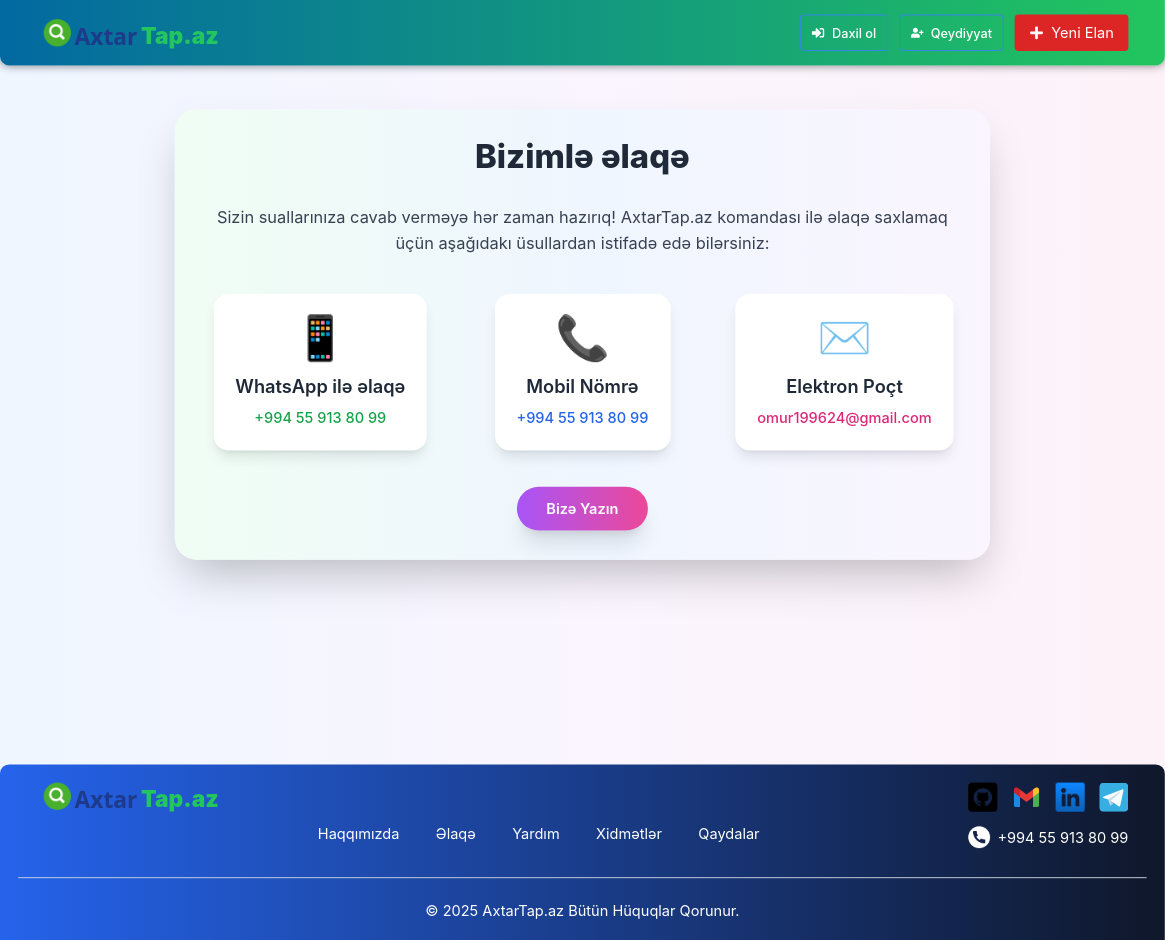
Repository: Omur56/AxtarTap.az
Page: /contact
The author's editor kept a copy of each file at every save. The page is drawn from the files as they stood at one save, then again after a run of saves.
The browser window is 1280 px wide. The pictures show the whole page, at 91% of full size.
The project was rebuilt for these pictures with package versions that can differ from the ones it lists, and the page was loaded fresh each time. Some packages were replaced by stand-ins written for this rebuild. Also part of the build but not shown: src/pages/Katalog/Cateqories/index.jsx, src/pages/Katalog/index.jsx, src/pages/About/index.jsx, src/pages/Qaydalar/index.jsx, src/pages/Yardım/index.jsx, src/pages/Xidmetler/index.jsx, src/pages/Home/index.jsx, src/components/CreatePostNeqliyyat/index.jsx and 32 more.

Above is the page before, as saved 2025-08-21 19:44:04.

### public/index.html
<!DOCTYPE html>
<html lang="en">
  <head>
    <meta charset="utf-8" />
    <link rel="icon" href="./assets/TitleLogoImg/titleLogoAxtar.png" />
    <meta name="viewport" content="width=device-width, initial-scale=1" />
    <meta name="theme-color" content="#449b5c" />
    <meta name="viewport" content="width=device-width, initial-scale=1, viewport-fit=cover">

    <meta
      name="description"
      content="Web site created using create-react-app"
    />
    <link rel="apple-touch-icon" href="./assets/TitleLogoImg/titleLogoAxtar.png" />
    <!--
      manifest.json provides metadata used when your web app is installed on a
      user's mobile device or desktop. See https://developers.google.com/web/fundamentals/web-app-manifest/
    -->
    <link rel="manifest" href="%PUBLIC_URL%/manifest.json" />
    <!--
      Notice the use of %PUBLIC_URL% in the tags above.
      It will be replaced with the URL of the `public` folder during the build.
      Only files inside the `public` folder can be referenced from the HTML.

      Unlike "/favicon.ico" or "favicon.ico", "%PUBLIC_URL%/favicon.ico" will
      work correctly both with client-side routing and a non-root public URL.
      Learn how to configure a non-root public URL by running `npm run build`.
    -->
    <title>AxtarTap.az</title>
  </head>
  <body>
    <noscript>You need to enable JavaScript to run this app.</noscript>
    <div id="root"></div>
    <!--
      This HTML file is a template.
      If you open it directly in the browser, you will see an empty page.

      You can add webfonts, meta tags, or analytics to this file.
      The build step will place the bundled scripts into the <body> tag.

      To begin the development, run `npm start` or `yarn start`.
      To create a production bundle, use `npm run build` or `yarn build`.
    -->
  </body>
</html>

### src/index.js
import React from 'react';
import ReactDOM from 'react-dom/client';
import App from './app/index';
import './index.css';





const root = ReactDOM.createRoot(document.getElementById('root'));
root.render(

  <React.StrictMode>

    <App />


  </React.StrictMode>

);

### src/app/index.js
import { RouterProvider } from "react-router";
import router from './routes';



function App() {
  return (

    <RouterProvider router={router} />




  );
}

export default App;

### src/index.css
@tailwind base;
@tailwind components;
@tailwind utilities;



*{
    font-family: -apple-system, BlinkMacSystemFont, "Helvetica Neue", "Segoe UI", sans-serif;
}

### src/app/routes.js
import { createBrowserRouter } from "react-router-dom";
import { BrowserRouter, Routes, Route } from "react-router-dom";
import About from "../pages/About";
import Contact from "../pages/Contact";
import Qaydalar from "../pages/Qaydalar";
import Yardim from "../pages/Yardım";
import Xidmetler from "../pages/Xidmetler";
import RootLayout from "../components/Main";
import Katalog from "../pages/Katalog";
import Home from "../pages/Home";
import Nəqliyyat from "../pages/Katalog/Neqliyyat";
import EvVəBag from "../pages/Katalog/Ev_veBag";
import Elektronika from "../pages/Katalog/Elektronika";
import Geyimlər from "../pages/Katalog/Geyimlər";
import Zinət_əşyaları from "../pages/Katalog/Zinət_əşyaları";
import Telefonlar from "../pages/Katalog/Telefonlar";
import Daşınmaz_əmlak from "../pages/Katalog/Daşınmaz_əmlak";
import Məişət_Texnikası from "../pages/Katalog/Məişət_Texnikası";
import Ehtiyyat_hissələri_ve_aksesuarlar from "../pages/Katalog/Ehtiyyat_hissələri_ve_aksesuarlar";
import PostDetail from "../pages/PostDetailHome";
import PostDetalCar from "../pages/PostDetalCar";
import CreateCatalogPost from "../pages/CreateCatalogPost";
import PostDetailElectronika from "../pages/PostDetailElectronika";
import PostDetailAcsesuar from "../pages/PostDetailAcsesuar";
import PostRealEstate from "../pages/PostRealEstate";
import PostDetailHousehold from "../pages/PostDetailHousehold";
import PostDetailPhone from "../pages/PostDetailPhone";
import PostDetailClothing from "../pages/PostDetailClothing";
import PostDetailJewelry from "../pages/PostDetailJewelry";
import PostDetailHome from "../pages/PostDetailHome";
import PrivateRoute from "../components/PrivateRoute";
import Search from "../pages/Search";
import Login from "../pages/Login";
import Reqister from "../pages/Reqister";
import Profile from "../pages/Profile";

import ResetPassword from "../pages/ResetPassword";

const router = createBrowserRouter([
  <RootLayout />,
  {
    path: "/",
    Component: RootLayout,
    children: [
      {
        index: true,
        Component: Home,
      },

      {
        path: "/",
        Component: Home,
      },
      {
        path: "/Katalog",
        Component: Katalog,

      },
      {
        path: "/CreateCatalogPost",
        Component: CreateCatalogPost,
      },
      {
        path: "/Katalog/Nəqliyyat",
        Component: Nəqliyyat,
      },
      {
        path: "/cars/:id",
        Component: PostDetalCar,

      },
      {
        path: "/Katalog/Ev_veBag",
        Component: EvVəBag,
      },

      {
        path: "/elan/:id",
        Component: PostDetail,
      },
      {
        path: "/PostDetalCar/:id",
        Component: PostDetalCar,
      },
       {
          path: "/PostDetailElectronika/:id",
          Component: PostDetailElectronika,
       },
       {
          path: "/PostDetailAcsesuar/:id",
          Component: PostDetailAcsesuar,
       },

       {path: "/PostRealEstate/:id",
       Component: PostRealEstate,

       },

       {
        path: "/PostDetailHousehold/:id",
        Component: PostDetailHousehold,
       },
       {
        path: "/PostDetailPhone/:id",
        Component: PostDetailPhone,

       },

       {
        path: "/PostDetailClothing/:id",
        Component: PostDetailClothing,
       },
       {
        path: "/PostDetailJewelry/:id",
        Component: PostDetailJewelry,
       },
       {
        path: "/PostDetailHome/:id",
        Component: PostDetailHome,
       },
      {
        path: "/Katalog/Elektronika",
        Component: Elektronika,

      },
      {
        path: "/Katalog/Geyimlər",
        Component: Geyimlər,
      },
      {
        path: "/Katalog/Zinət_əşyaları",
        Component: Zinət_əşyaları,
      },
      {
        path: "/Katalog/Telefonlar",
        Component: Telefonlar,
      },
      {
        path: "/Katalog/Daşınmaz_əmlak",
        Component: Daşınmaz_əmlak,
      },
      {
        path: "/Katalog/Məişət_Texnikası",
        Component: Məişət_Texnikası,
      },
      {
        path: "/Katalog/Ehtiyyat_hissələri_ve_aksesuarlar",
        Component: Ehtiyyat_hissələri_ve_aksesuarlar,
      },


      {
        path: "/about",
        Component: About,
      },
     {
      path: "/contact",
      Component: Contact,
     },
     {
      path: "/qaydalar",
      Component: Qaydalar,
     },

    {
      path: "/yardim",
      Component: Yardim,
    },
    {
      path: "/Xidmetler",
      Component: Xidmetler,
    },

    {
      path: "/login",
      Component: Login,
    },
    {
      path: "/reqister",
      Component: Reqister,
    },

    {
      path: "/search",
      Component: Search,
    },


{
   path: "/",
          Component: () => {
            <PrivateRoute>
              <Home />
            </PrivateRoute>
          }
},
{
   path: "/Profile",
          Component: () => {
            <PrivateRoute>
              <Profile />
            </PrivateRoute>
          }
},

{
  path: "/Profile",
  Component: Profile,
},




{
  path: "/reset-password/:token",
   Component: ResetPassword,
},



    ],
  },
]);

export default router;

### src/pages/Contact/index.jsx



const Contact = () => {
    return (
        <div className="min-h-screen ">
            <div className="max-w-4xl mx-auto p-8 mt-12 mb-12  items-center bg-gradient-to-r from-green-50 via-blue-50 to-purple-50 rounded-3xl shadow-2xl">
  <h2 className="text-4xl font-extrabold text-gray-800 mb-8 text-center">Bizimlə əlaqə</h2>

  <p className="text-gray-700 text-lg leading-relaxed text-center mb-10">
    Sizin suallarınıza cavab verməyə hər zaman hazırıq! AxtarTap.az komandası ilə əlaqə saxlamaq üçün aşağıdakı üsullardan istifadə edə bilərsiniz:
  </p>

  <div className="grid md:grid-cols-3 gap-8 text-center justify-items-center">

    <div className="bg-white rounded-2xl p-6 shadow-lg transform hover:-translate-y-2 hover:scale-105 transition-all duration-300">
      <div className="text-green-500 text-5xl mb-4 flex justify-center">📱</div>
      <h3 className="text-xl font-semibold text-gray-800 mb-2">WhatsApp ilə əlaqə</h3>
      <a
        href="https://wa.me/99455xxxxxxx"
        target="_blank"
        rel="noopener noreferrer"
        className="text-green-600 font-medium hover:underline"
      >
        +994 55 913 80 99
      </a>
    </div>


    <div className="bg-white rounded-2xl p-6 shadow-lg transform hover:-translate-y-2 hover:scale-105 transition-all duration-300">
      <div className="text-blue-500 text-5xl mb-4 flex justify-center">📞</div>
      <h3 className="text-xl font-semibold text-gray-800 mb-2">Mobil Nömrə</h3>
      <a href="tel:+994559138099" className="text-blue-600 font-medium hover:underline">
        +994 55 913 80 99
      </a>
    </div>


    <div className="bg-white rounded-2xl p-6 shadow-lg transform hover:-translate-y-2 hover:scale-105 transition-all duration-300">
      <div className="text-pink-500 text-5xl mb-4 flex justify-center">✉️</div>
      <h3 className="text-xl font-semibold text-gray-800 mb-2">Elektron Poçt</h3>
      <a href="mailto:omur199624@gmail.com" className="text-pink-600 font-medium hover:underline">
        omur199624@gmail.com
      </a>
    </div>
  </div>

  <div className="mt-10 flex justify-center">
    <span className="inline-block px-8 py-3 bg-gradient-to-r from-purple-500 to-pink-500 text-white font-semibold rounded-full shadow-xl hover:scale-105 transition-transform cursor-pointer">
      Bizə Yazın
    </span>
  </div>
</div>

        </div>
    );
};
export default Contact;

### src/components/Main/index.jsx
import {Outlet,  useNavigate } from "react-router";
import Footer from "../Footer";
import BottomMenu from "../MobileMenu";
import Header from "../Header";



const RootLayout = () => {
  const navigate = useNavigate();

  return (
   <div className=" bg-gradient-to-r from-blue-50 via-purple-50 to-pink-50">
       <Header />

      <Outlet />
       <Footer/>
      <BottomMenu />
   </div>
  );
};

export default RootLayout;

### src/components/Footer/index.jsx
import { Link } from "react-router-dom";
import TitleLogo from "../TitleLogo";

function Footer() {
  return (
    <footer className="px-5 sm:px-5 py-5  bg-gradient-to-r from-blue-600 to-slate-900 rounded-t-[10px]">
      <div className="mx-auto max-w-[1200px] flex flex-col md:flex-row justify-between gap-2">

        <div className="flex justify-start max-h-[20px] md:justify-start">
          <div className="w-20 h-20">
            <TitleLogo />
          </div>
        </div>


        <div className="grid grid-cols-1 mt-[40px] gap-6 items-center text-white justify-center">
          <div className="flex flex-col sm:flex-row sm:gap-6 lg:gap-10 items-center">
            <Link className="hover:text-[#43D262] hover:underline" to={"/about"}>
              Haqqımızda
            </Link>
            <Link className="hover:text-[#43D262] hover:underline" to={"/contact"}>
              Əlaqə
            </Link>



            <Link className="hover:text-[#43D262] hover:underline" to={"/yardim"}>
              Yardım
            </Link>
            <Link className="hover:text-[#43D262] hover:underline" to={"/Xidmetler"}>
              Xidmətlər
            </Link>
            <Link className="hover:text-[#43D262] hover:underline" to={"/Qaydalar"}>
              Qaydalar
            </Link>
       </div>
        </div>

        <div className="flex flex-col items-center md:items-end gap-4">
          <div className="flex gap-4">
            <Link to={"https://github.com/omur56"}>
              <img
                className="w-8 h-8 sm:w-8 sm:h-8"
                src="/assets/SocialMediaIcon/github_3291695-removebg-preview.png"
                alt="Github"
              />
            </Link>
            <Link to={"https://mail.google.com/mail/?view=cm&fs=1&to=omur199624@gmail.com"}>
              <img
                className="w-8 h-8 sm:w-8 sm:h-8"
                src="/assets/SocialMediaIcon/icons8-gmail-48.png"
                alt="Gmail"
              />
            </Link>
            <Link to={"https://www.linkedin.com/in/%C3%B6m%C3%BCrxan-abdullayev-b2052a318"}>
              <img
                className="w-8 h-8 sm:w-8 sm:h-8"
                src="/assets/SocialMediaIcon/linkedin_3992606-removebg-preview.png"
                alt="Linkedin"
              />
            </Link>
            <Link to={"https://t.me/omurxan1"}>
              <img
                className="w-8 h-8 sm:w-8 sm:h-8"
                src="/assets/SocialMediaIcon/telegram-svgrepo-com.svg"
                alt="Telegram"
              />
            </Link>
          </div>

          <a
            className="text-white text-sm sm:text-base flex items-center gap-2 hover:underline hover:text-sky-400"
            href="tel:+994559138099"
          >
            <img
              className="w-6 h-6 sm:w-6 sm:h-6"
              src="/assets/SocialMediaIcon/telephoneicon.png"
              alt="Phone"
            />
            +994 55 913 80 99
          </a>
        </div>
      </div>

      <div className="border-t border-slate-300 mt-8"></div>

      <div className="flex justify-center mt-6">
        <p className="text-white text-center">© 2025 AxtarTap.az Bütün Hüquqlar Qorunur.</p>
      </div>
    </footer>
  );
}

export default Footer;

### src/components/MobileMenu/index.jsx
import React, { useState, useEffect } from "react";
import { Link } from "react-router-dom";
import { menuItems } from "../SideBarMenu/data";

const BottomMenu = () => {
  const [showNavbar, setShowNavbar] = useState(true);
  const [lastScrollY, setLastScrollY] = useState(0);

  useEffect(() => {
    const handleScroll = () => {
      const currentScrollY = window.scrollY;

      if (currentScrollY > lastScrollY) {
        // Aşağı scroll → gizlət
        setShowNavbar(false);
      } else {
        // Yuxarı scroll → göstər
        setShowNavbar(true);
      }

      setLastScrollY(currentScrollY);
    };

    window.addEventListener("scroll", handleScroll);
    return () => window.removeEventListener("scroll", handleScroll);
  }, [lastScrollY]);

  return (
    <div
      className={`md:hidden fixed bottom-0 left-0 w-full rounded-t-[10px] bg-white text-gray-500 flex justify-around items-center py-4 z-50 shadow-lg border-t border-gray-300 transition-transform duration-300 ${
        showNavbar ? "translate-y-0" : "translate-y-full"
      }`}
    >
      {menuItems.slice(0, 5).map((item) => (
        <Link
          key={item.id}
          to={item.url}
          className="flex flex-col items-center text-xs hover:text-[#01D063] transition-colors"
        >
          <div className="text-[25px]">{item.icon}</div>
          <span className="text-[10px]">{item.text}</span>
        </Link>
      ))}
    </div>
  );
};

export default BottomMenu;

### src/components/Header/index.jsx




import { useState } from "react";
import { useNavigate } from "react-router";
import TitleLogo from "../TitleLogo";
import { FaSignInAlt, FaUserPlus, FaPlus, FaUser, FaSignOutAlt } from "react-icons/fa";
import { Link } from "react-router-dom";
function Header() {
  const navigate = useNavigate();
  const [isLoggedIn, setIsLoggedIn] = useState(false);

  const handleLogin = () => {
    // login prosesiniz bitdikdən sonra
    setIsLoggedIn(true);
    navigate("/"); // login olduqda əsas səhifəyə yönləndirmək
  };

  const handleLogout = () => {
    setIsLoggedIn(false);
    navigate("/"); // logout olduqda əsas səhifəyə yönləndirmək
  };

  return (
    <header className="header bg-gradient-to-r from-sky-700 to-green-500 mx-auto my-auto shadow-[0px_0px_10px_0px_rgba(0,0,0,0.5)] rounded-b-[10px]">
      <div className="flex justify-between items-center py-4 mx-auto my-auto max-w-[1200px]">
        <TitleLogo />

        <div className="flex gap-3">
          {!isLoggedIn && (
            <>
              <button
                className="flex hidden md:flex transform ease-in-out duration-500 items-center text-[14px] font-[500] gap-2 bg-transparent border border-blue-500 text-white hover:text-white px-3 py-1 rounded-[4px] hover:bg-blue-500"
                onClick={() => navigate("/login")}
              >
                <FaSignInAlt /> Daxil ol
              </button>
              <button
                className="flex hidden md:flex transform ease-in-out duration-500 items-center text-[14px] font-[500] gap-2 bg-transparent border border-blue-500 text-white hover:text-white px-3 py-1 rounded-[4px] hover:bg-blue-500"
                onClick={() => navigate("/reqister")}
              >
                <FaUserPlus /> Qeydiyyat
              </button>
            </>
          )}

          {isLoggedIn && (
            <>
              <button
                className="flex hidden md:flex transform ease-in-out duration-500 items-center text-[14px] font-[500] gap-2 bg-transparent border border-blue-500 text-white hover:text-white px-3 py-1 rounded-[4px] hover:bg-blue-500"
                onClick={() => navigate("/profile")}
              >
                <FaUser /> Profil
              </button>
              <button
                className="flex hidden md:flex transform ease-in-out duration-500 items-center text-[14px] font-[500] gap-2 bg-red-600 text-white px-3 py-1 rounded-[4px] hover:bg-red-400"
                onClick={handleLogout}
              >
                <FaSignOutAlt /> Logout
              </button>
            </>
          )}

          <button
            className="flex hidden md:flex items-center gap-2 bg-red-600 text-white px-4 py-2 rounded-[4px] hover:bg-red-400 transition"
            onClick={() => navigate("/CreateCatalogPost")}
          >
            <FaPlus /> Yeni Elan
          </button>
        </div>
      </div>
    </header>
  );
}

export default Header;

### src/components/TitleLogo/index.jsx
import { NavLink } from "react-router-dom";



function TitleLogo () {
    return <div className="title-logo p-2 w-[100px] h-[30px] flex  items-center  mb-[0px] cursor-pointer">
       <NavLink className={`w-[100px] h-[30px]`} to={"/"}><p className="flex gap-1 text-blue-900 text-[25px] font-black font-sans"><img className="w-[30px] h-[30px]" src="/assets/TitleLogoImg/axtaricon.png" alt="TezTap" />Axtar<span className="text-green-500 font-black text-[25px]">Tap.az</span></p></NavLink>

         {/* <img src="/assets/TitleLogoImg/titleLogoAxtar.png" alt="TezTap" /> */}
    </div>;
}

export default TitleLogo;

### src/components/SideBarMenu/data.jsx


import {
  FaHome,
  FaUser,
  FaCog,
  FaEnvelope,
  FaThLarge,
   FaPlus,
   FaSearch,
} from "react-icons/fa";
import { MdPersonAdd } from "react-icons/md";
export const menuItems = [
  {
    id: 1,
    text: "Əsas",
    url: "/",
    icon: <FaHome />,
  },
  {
    id: 2,
    text: "Katalog",
    url: "/Katalog",
    icon: <FaThLarge />,
  },
  {
    id: 3,
    text: "Yeni Elan",
    url: "/CreateCatalogPost",
    icon:<FaPlus size={30} /> ,
  },
  {
    id: 4,
    text: "Profil",
    url: "/Login",
    icon: <FaUser />,
  },
  {
    id: 5,
    text: "Axtarış",
    url: "/search",
    icon: <FaSearch  />,
  },
  {
    id: 6,
    text: "Əlaqə",
    url: "/contact",
    icon: <FaEnvelope />,
  },

  {
    id: 7,
    text: "Settings",
    url: "/settings",
    icon: <FaCog />,

  },
    // {
  //   id: 5,
  //   text: "Haqqımızda",
  //   url: "/about",
  //   icon: <FaInfoCircle />,
  // },
];

### tailwind.config.js
/** @type {import('tailwindcss').Config} */
module.exports = {
  content: ["./src/**/*.{js,jsx,ts,tsx}"],
  theme: {
    extend: {
      screens: {
       'tiny': { 'min': '100px', 'max': '500px' }, // 100–500px arası ekran
      'sm': '640px',
      'md': '768px',
      'lg': '1024px',
      'xl': '1280px',
      '2xl': '1536px',
      },
      keyframes: {
        shimmer: {
          '0%': { backgroundPosition: '-450px 0' },
          '100%': { backgroundPosition: '450px 0' },
        },
      },
      animation: {
        shimmer: 'shimmer 1.5s infinite linear',
      },
      backgroundSize: {
        'shimmer': '900px 100%',
      },
    },
  },
  plugins: [],
}

After the next 5 saves:
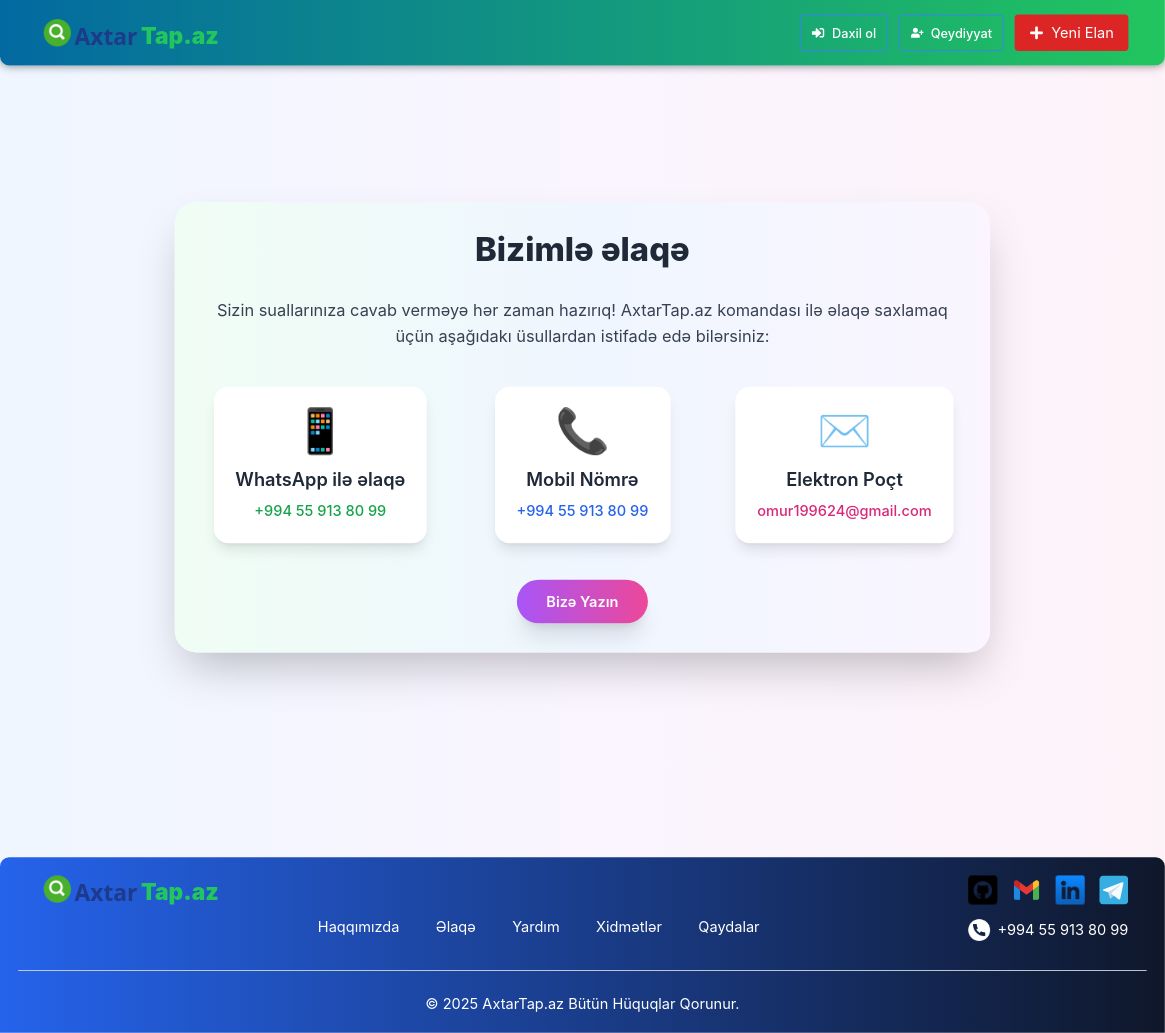
The 5 saves are shown as one change because they came seconds apart.
The last was saved 15 s later.
--- a/src/pages/Contact/index.jsx
+++ b/src/pages/Contact/index.jsx
@@ -4,7 +4,7 @@
 const Contact = () => {
     return (
         <div className="min-h-screen ">
-            <div className="max-w-4xl mx-auto p-8 mt-12 mb-12  items-center bg-gradient-to-r from-green-50 via-blue-50 to-purple-50 rounded-3xl shadow-2xl">
+            <div className="max-w-4xl mx-auto p-8 mt-[150px] mb-12   bg-gradient-to-r from-green-50 via-blue-50 to-purple-50 rounded-3xl shadow-2xl">
   <h2 className="text-4xl font-extrabold text-gray-800 mb-8 text-center">Bizimlə əlaqə</h2>
 
   <p className="text-gray-700 text-lg leading-relaxed text-center mb-10">
